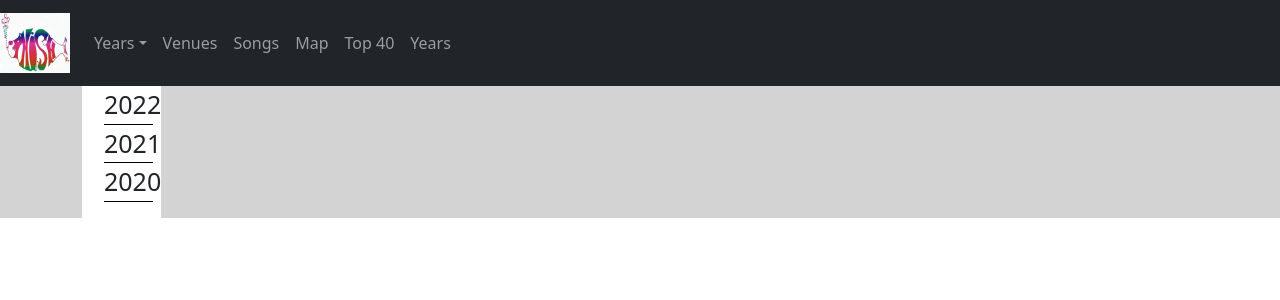
Repository: Jcparks84/gonePhishin
Page: / (app in my-app/)
These files come from the project's save history. The page is drawn as it stood at one moment and after the next save; the edit follows.
The browser window is 1280 px wide. The pictures show the whole page.
The page's requests for data from a server got no answer. The project was rebuilt for these pictures with package versions that can differ from the ones it lists, and the page was loaded fresh each time. No one was signed in, and anything a server would have sent is missing. Also part of the build but not shown: my-app/src/components/audioPlayer/audioPlayer.js.

Above is the page before, as saved 2022-08-16 18:23:34.

After the next save:
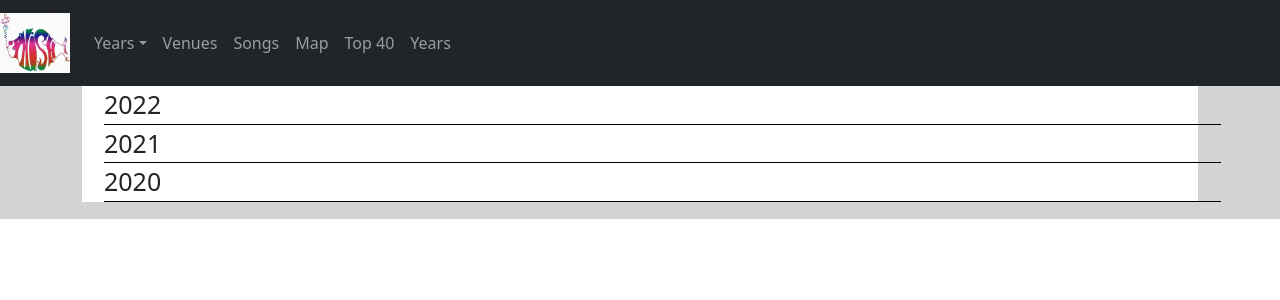
Saved 94 s later.
--- a/my-app/src/pages/yearPage/yearPage.css
+++ b/my-app/src/pages/yearPage/yearPage.css
@@ -1,7 +1,10 @@
 
 .container {
-    display: flex;
-}
+    border-bottom: 1px solid #D1D1D1;
+    color: #8C4600;
+    font-family: "Trebuchet MS", Arial, Helvetica, sans-serif;
+    font-weight: bold;
+    font-size: 15px;}
 
 body {
     margin: 0px;
